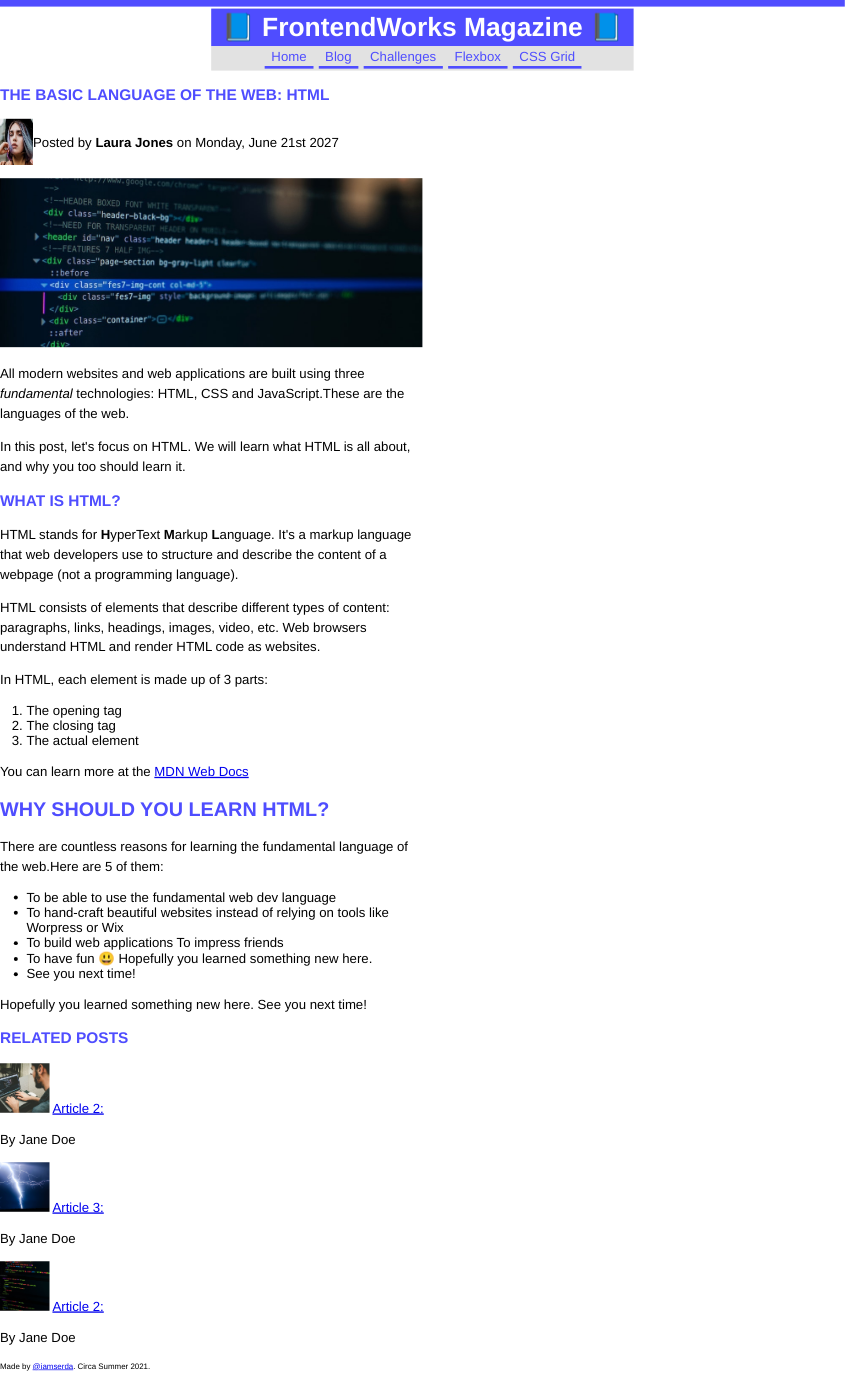
Repository: iamserda/html-css-course
Page: starter/02-HTML-Fundamentals/index.html
These files come from the project's save history. The page is drawn as it stood at one moment and after the next save; the edit follows.
The browser window is 1280 px wide. The pictures show the whole page, at 66% of full size.

Above is the page before, as saved 2021-07-17 17:36:47.

After the next save:
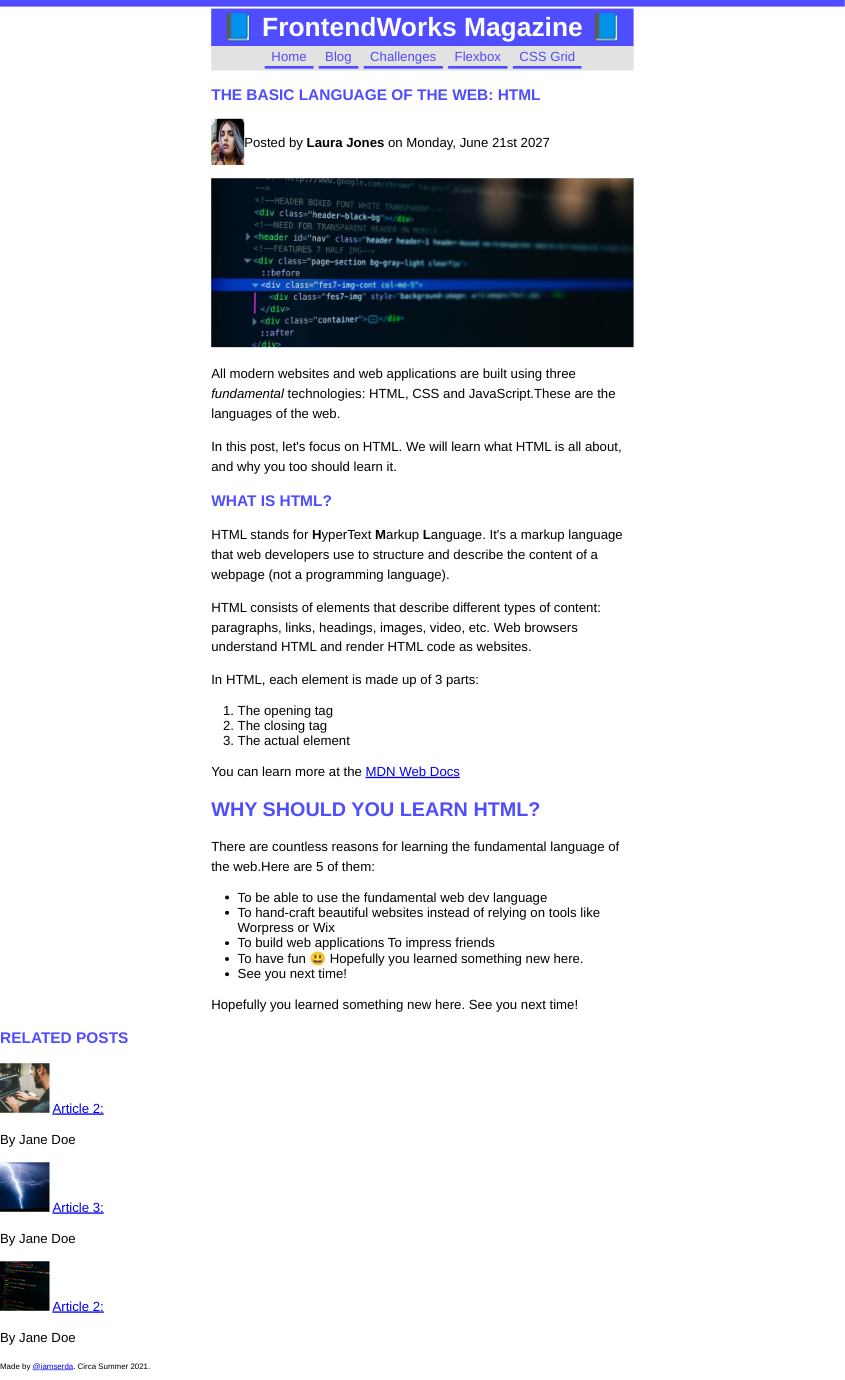
Saved 10 s later.
--- a/starter/02-HTML-Fundamentals/index.css
+++ b/starter/02-HTML-Fundamentals/index.css
@@ -89,9 +89,12 @@ nav li:hover {
 nav li:hover a {
     color: white;
 }
-article{
+
+article {
     width: 50%;
+    margin: 1em auto;
 }
+
 footer p {
     font-size: 0.75rem;
 }
